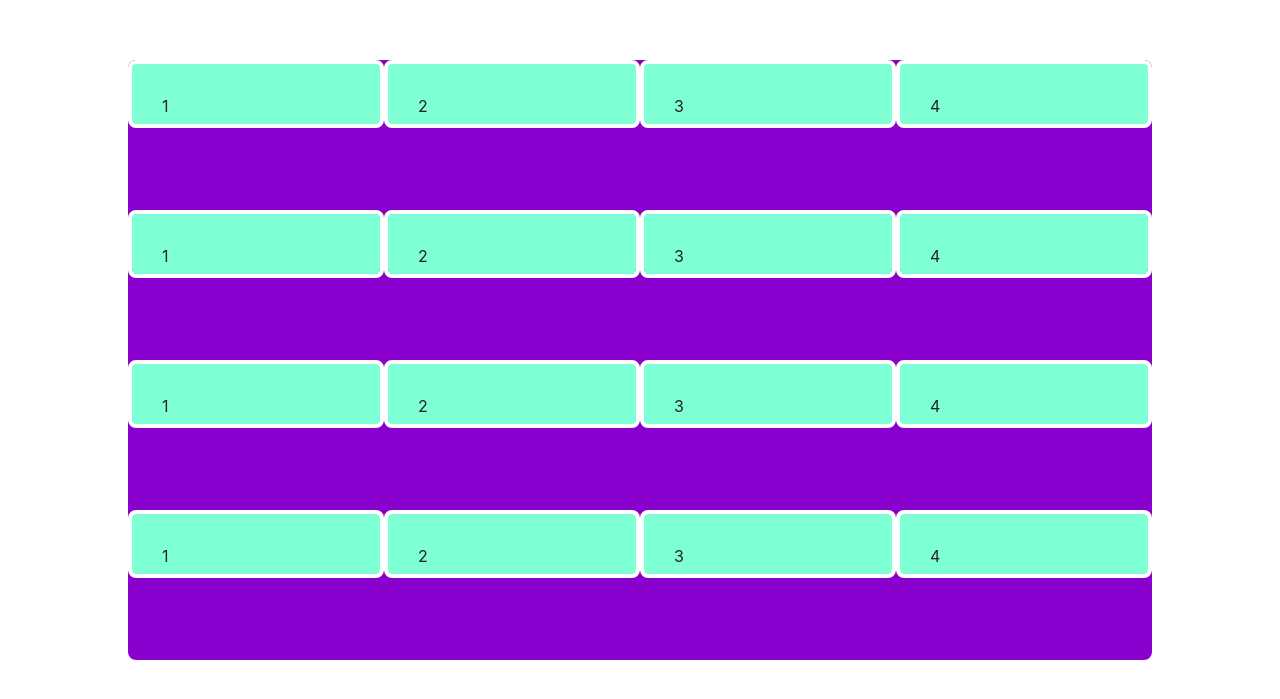
Repository: alessandradiamantino/Curso-Front-End-Design
Page: 1 - Introdução ao HTML e CSS/3 - Layouts, Grids e Flexbox/Bootstrap Grid system/index.html
The author's editor kept a copy of each file at every save. The page is drawn from the files as they stood at one save, then again after a run of saves.
The browser window is 1280 px wide. The pictures show the whole page.

Above is the page before, as saved 2023-04-24 10:53:05.

### 1 - Introdução ao HTML e CSS/3 - Layouts, Grids e Flexbox/Bootstrap Grid system/index.html
<!DOCTYPE html>
<html lang="en">
<head>
  <meta charset="UTF-8">
  <meta http-equiv="X-UA-Compatible" content="IE=edge">
  <meta name="viewport" content="width=device-width, initial-scale=1.0">
  <link rel="stylesheet" href="css/bootstrap.min.css">
  <link rel="stylesheet" href="css/style.css">
  <title>Document</title>
</head>

<body>
 <!--
  <div class="my-box container justify-content-center"> <!-- container responsivo
  <div class="row">
    <div class="col-sm- col-lg-3 div-1">DIV 1</div>
    <div class="col-sm- col-lg-2 div-2">DIV 2</div>
    <div class="col-sm- col-lg-2 div-3">DIV 3</div>
  </div>
   </div>
-->
   <div class="my-container">
    <div class="my-item">
      1
    </div>
    <div class="my-item">
      2
    </div>
    <div class="my-item">
      3
    </div>
    <div class="my-item">
      4
    </div>
    <div class="my-item">
      1
    </div>
    <div class="my-item">
      2
    </div>
    <div class="my-item">
      3
    </div>
    <div class="my-item">
      4
    </div><div class="my-item">
      1
    </div>
    <div class="my-item">
      2
    </div>
    <div class="my-item">
      3
    </div>
    <div class="my-item">
      4
    </div><div class="my-item">
      1
    </div>
    <div class="my-item">
      2
    </div>
    <div class="my-item">
      3
    </div>
    <div class="my-item">
      4
    </div>
   </div>
</body>
</html>

### 1 - Introdução ao HTML e CSS/3 - Layouts, Grids e Flexbox/Bootstrap Grid system/css/style.css
* {
  box-sizing: border-box;
}
body {
  margin: 0;
  padding: 0;
}

.my-box{
  height: 100px;
}

.my-container{
  display: flex;
  width: 80%;
  height: 600px;
  margin: 60px auto;
  background-color: #8a00cf;
  border-radius: 8px;
  /*flex-direction: row;
  flex-wrap: wrap;*/
  flex-flow: row wrap;
  justify-content: space-between;
  align-items: flex-start;
  align-content: ;
}

.my-item {
  height: 50px;
  padding: 30px;
  background-color: aquamarine;
  border-radius: 8px;
  border: 4px solid white;
  flex-basis: 25%;
}

.my-box div {
  background-color: blueviolet;
  height: 80px;
  margin-top: 10px;
}

.my-box .div-1 {
  background-color: aquamarine;
}

.my-box .div-2 {
  background-color: bisque;
}

.my-box .div-3 {
  background-color: cornflowerblue;
}

Loaded but not shown: 1 - Introdução ao HTML e CSS/3 - Layouts, Grids e Flexbox/Bootstrap Grid system/css/bootstrap.min.css (library)

After the next 3 saves:
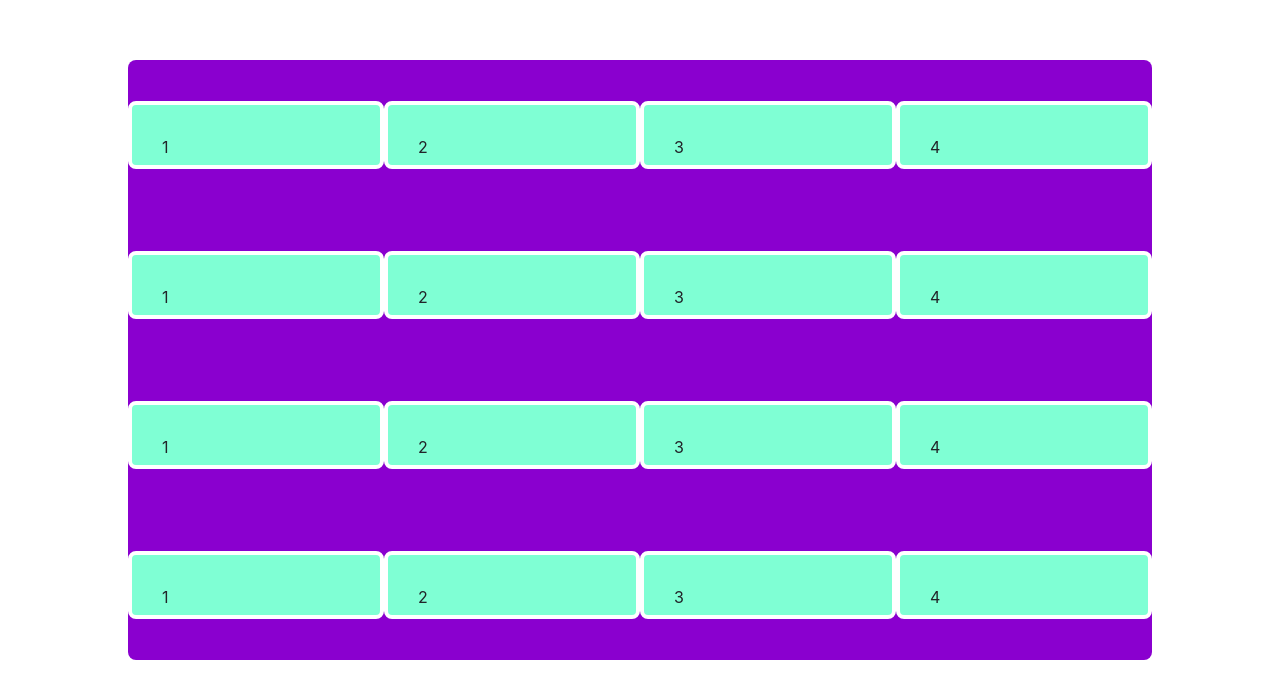
The 3 saves are shown as one change because they came seconds apart.
The last was saved 9 s later.
--- a/1 - Introdução ao HTML e CSS/3 - Layouts, Grids e Flexbox/Bootstrap Grid system/css/style.css
+++ b/1 - Introdução ao HTML e CSS/3 - Layouts, Grids e Flexbox/Bootstrap Grid system/css/style.css
@@ -22,7 +22,7 @@
   flex-flow: row wrap;
   justify-content: space-between;
   align-items: flex-start;
-  align-content: ;
+  align-content: space-around;
 }
 
 .my-item {
